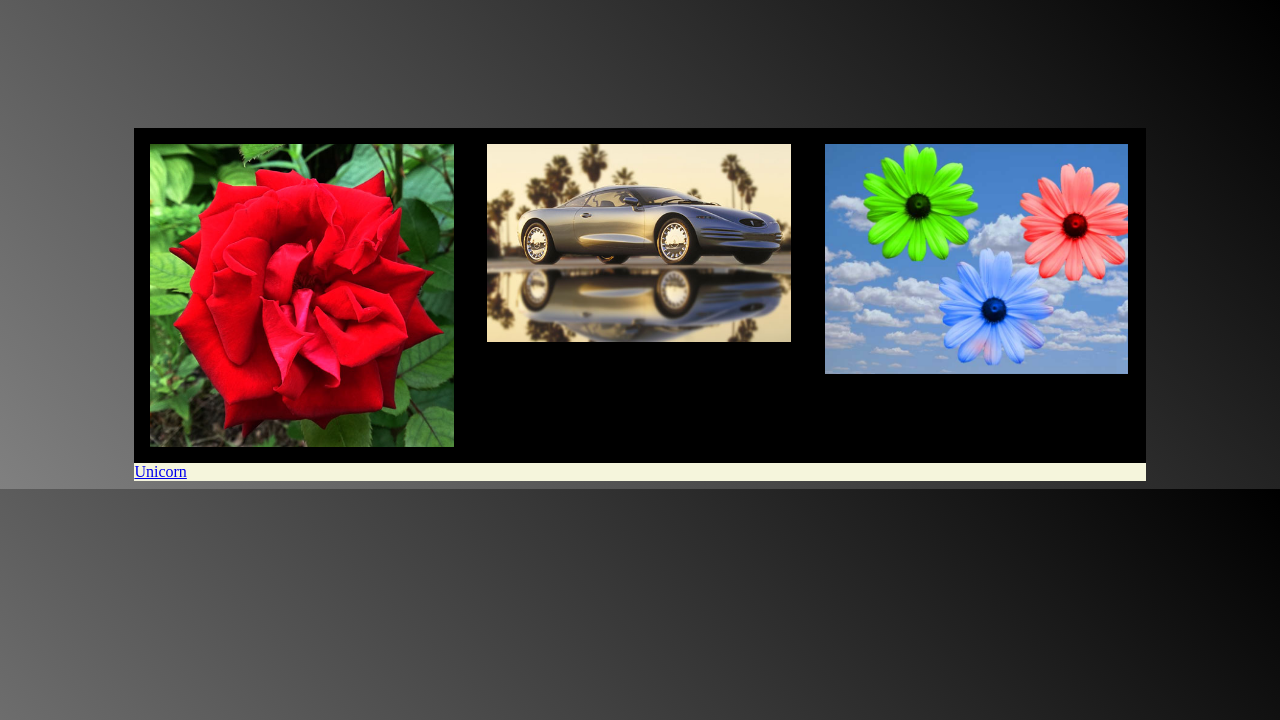
Repository: ViggoSkj/VGY
Page: ovningar/photoshopovning/photoshopovning.html
The author's editor kept a copy of each file at every save. The page is drawn from the files as they stood at one save, then again after the next save.
The browser window is 1280 px wide. The pictures show the whole page.

Above is the page before, as saved 2022-11-27 12:07:00.

### ovningar/photoshopovning/photoshopovning.html
<!DOCTYPE html>
<html lang="en">
    <head>
        <meta charset="UTF-8">
        <meta http-equiv="X-UA-Compatible" content="IE=edge">
        <meta name="viewport" content="width=device-width, initial-scale=1.0">
        <title>Document</title>
        <link rel="stylesheet" href="public/css/style.css">
    </head>
    <body class="photoshopovningar">
        <div class="container">
            <div class="images">
                <img src="public/images/ros_edited.jpg" alt="ros">
                <img src="public/images/bil_edited.jpg" alt="bil">
                <img src="public/images/sky_and_flower.jpg" alt="1 röd, 1, blå och 1 grönn blomma på en himmel">
            </div>

            <div id="myfooter">
                <a href="https://validator.w3.org/unicorn/check?ucn_uri=labb.vgy.se/~viggosg/ovningar/photoshopovningar.html&ucn_task=conformance">Unicorn</a>
             </div>
        </div>
    </body>
</html>

### ovningar/photoshopovning/public/css/style.css
body
{
    background-image: linear-gradient(45deg, gray, black);
}

.container
{
    background-color: beige;
    margin: auto;
    margin-top: 8em;
    width: 80%;
}

img
{
    width: 90%;
    padding: 1em;
    background-color: black;
}

.images
{
    display: grid;
    grid-template-columns: 1fr 1fr 1fr;
    background-color: black;

}

After the next save:
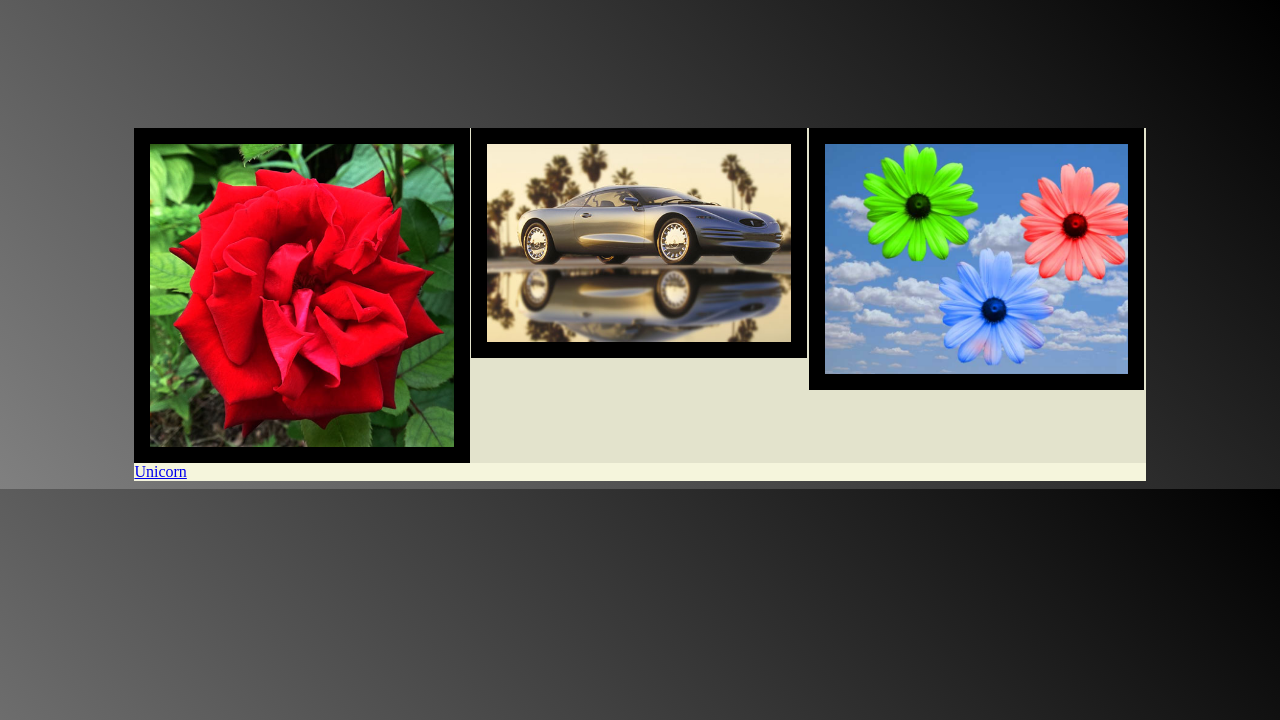
Saved 5 s later.
--- a/ovningar/photoshopovning/public/css/style.css
+++ b/ovningar/photoshopovning/public/css/style.css
@@ -22,6 +22,6 @@ img
 {
     display: grid;
     grid-template-columns: 1fr 1fr 1fr;
-    background-color: black;
+    background-color: rgba(0, 0, 0, 0.075);
 
 }
